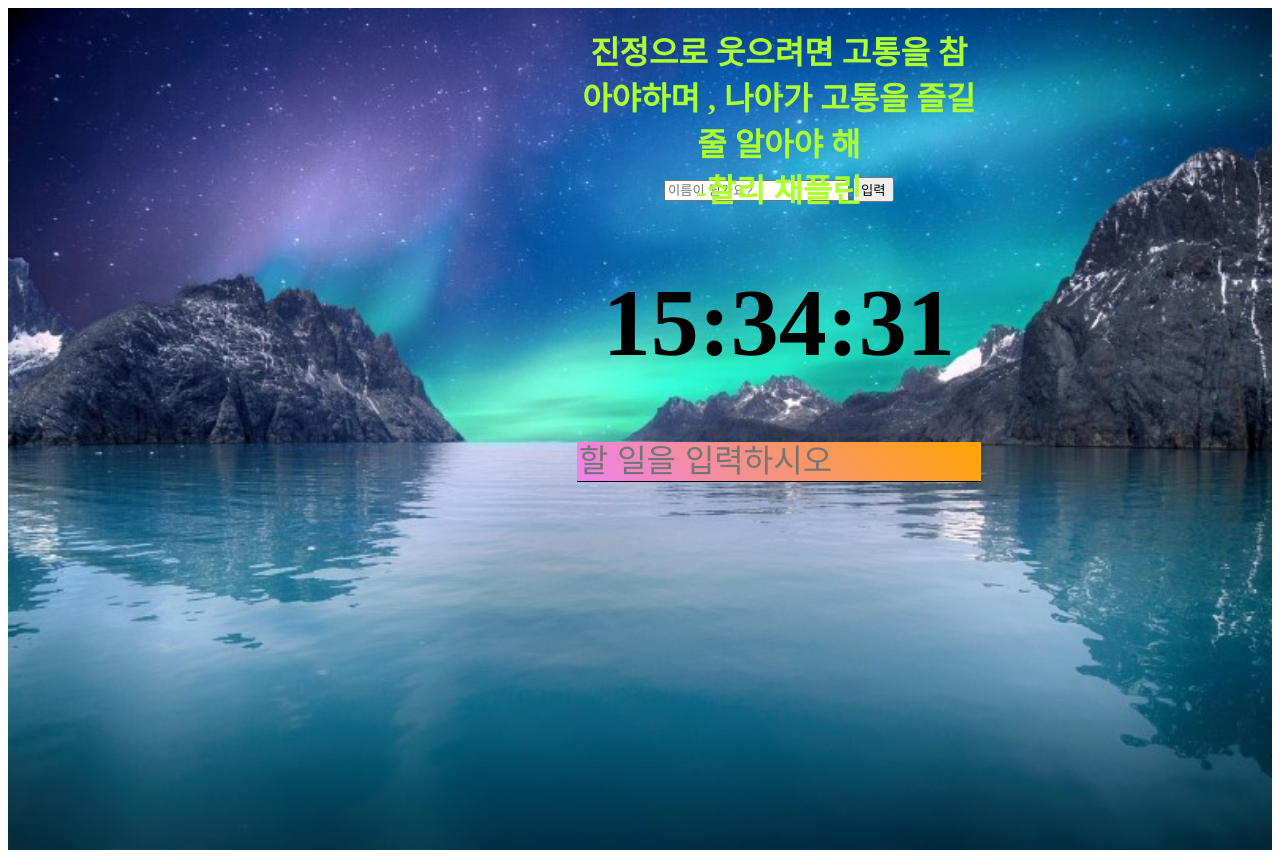
Repository: jun01270/F-E-practice
Page: index.html
These files come from the project's save history. The page is drawn as it stood at one moment and after the next save; the edit follows.
The browser window is 1280 px wide. The pictures show the whole page.

Above is the page before, as saved 2023-07-12 16:46:57.

After the next save:
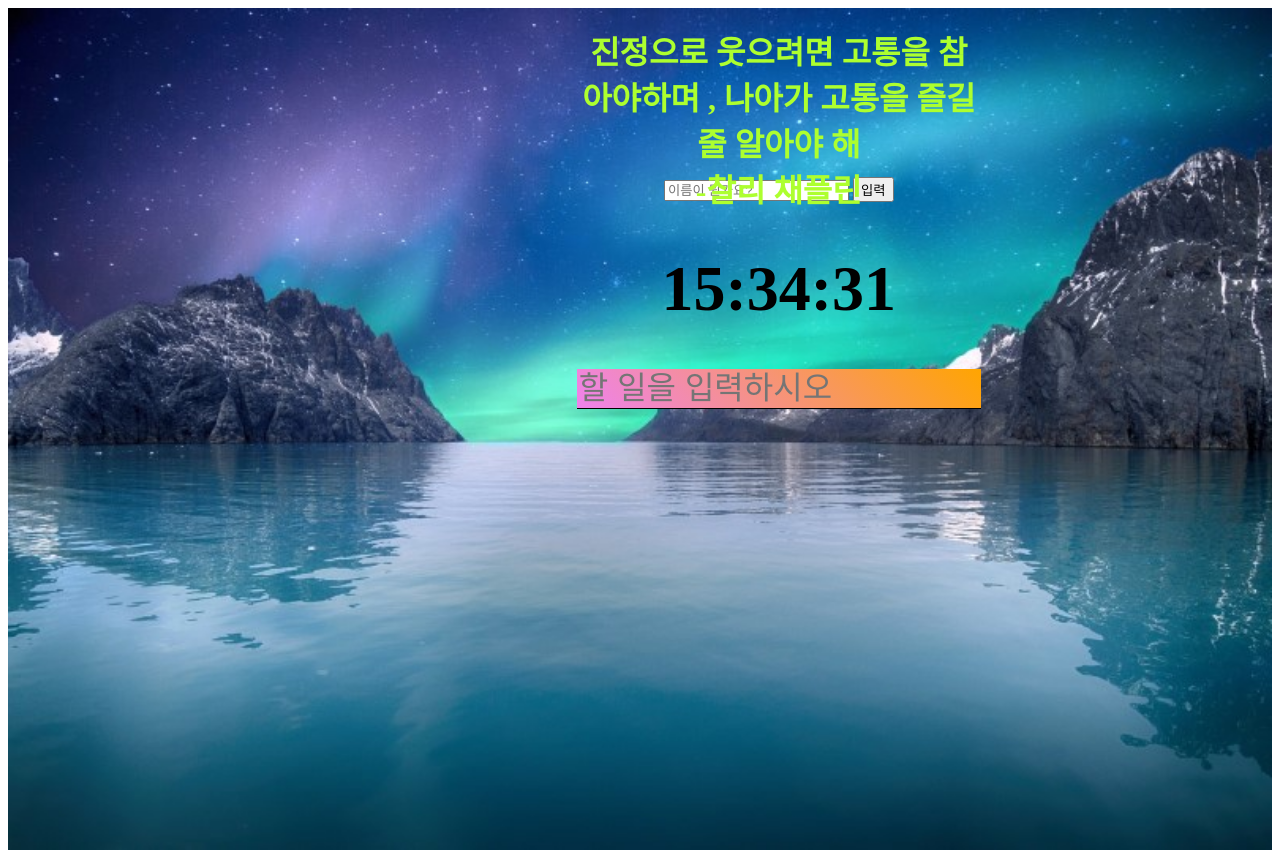
Saved 10 s later.
--- a/style.css
+++ b/style.css
@@ -24,7 +24,7 @@ body {
 }
 
 #clock {
-  font-size: 600%;
+  font-size: 400%;
 }
 
 #input-blank {
